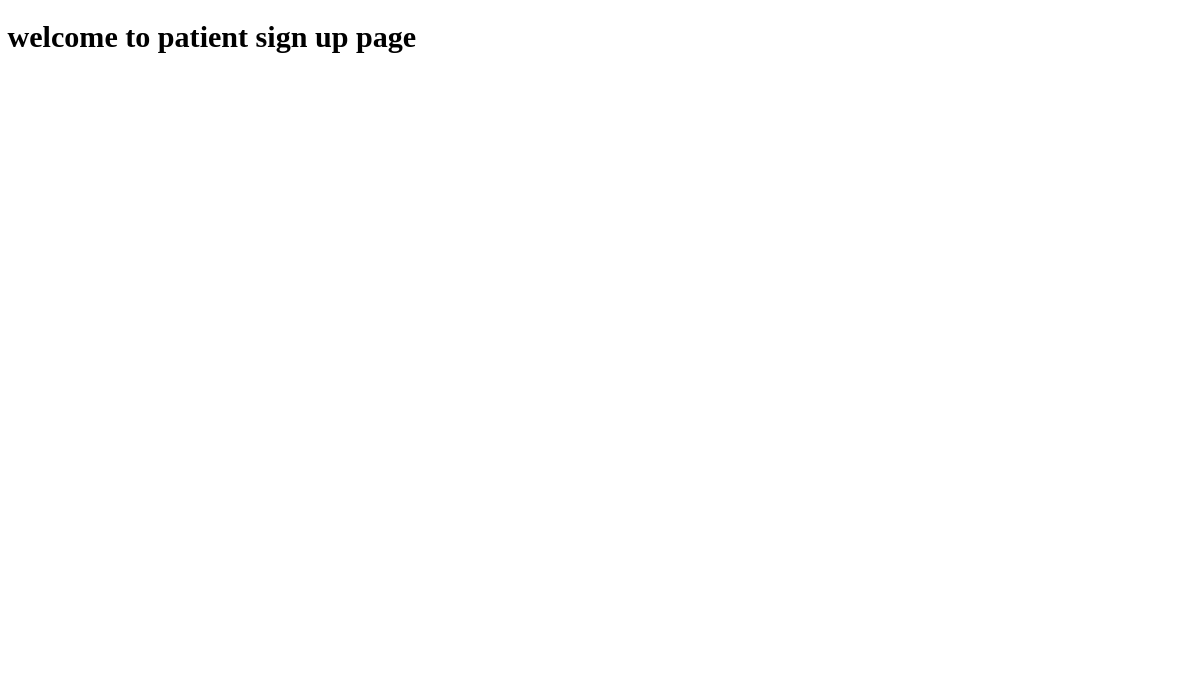
Repository: OmarAl-Saleh/Hospital-Emergency-System
Page: http://localhost/EmergencySystem/patient/sign-up.jsp
These files come from the project's save history. The page is drawn as it stood at one moment and after the next save; the edit follows.
The browser window is 1280 px wide. The pictures show the whole page, at 94% of full size.
The page is served by Tomcat 9.

Above is the page before, as saved 2024-05-22 10:27:07.

After the next save:
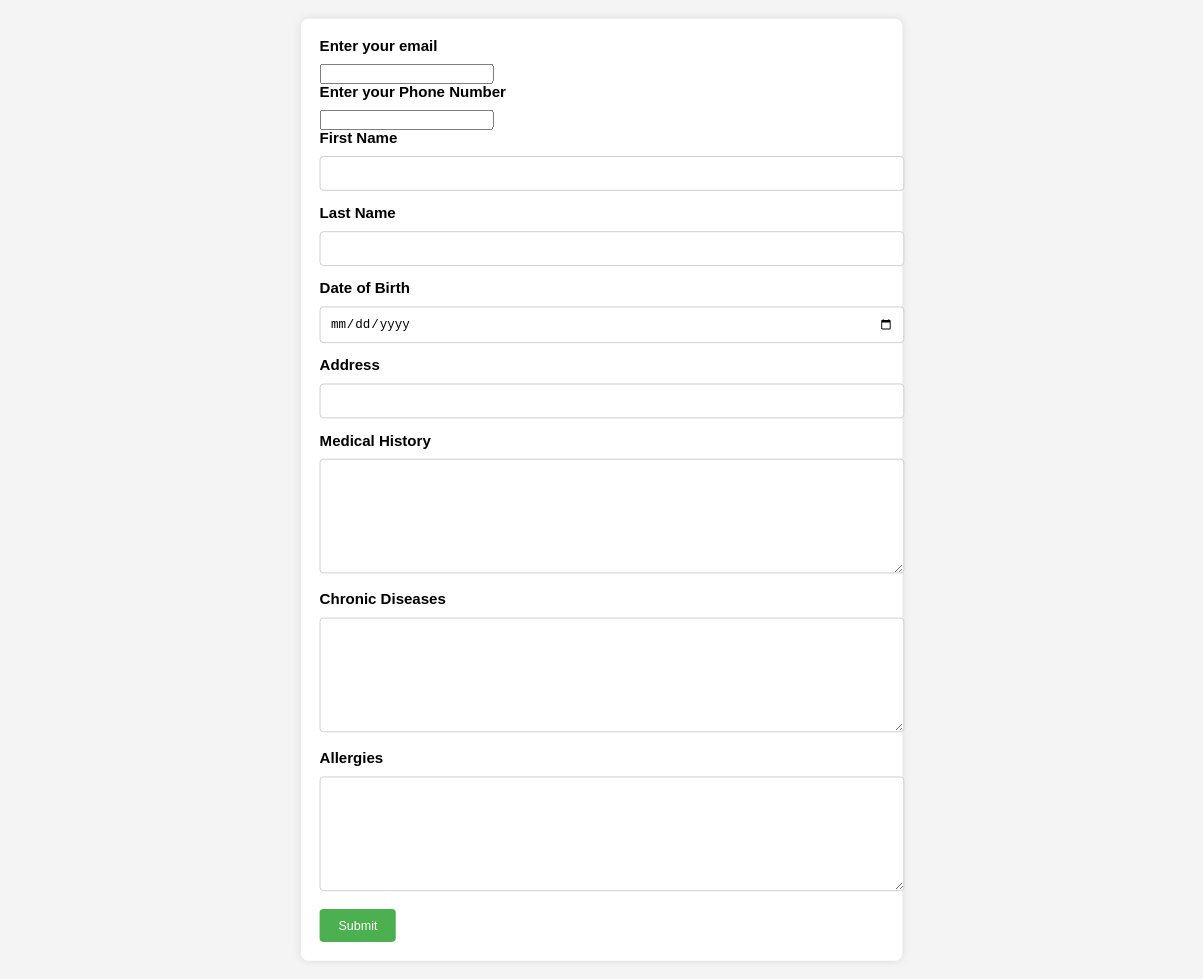
Saved 9 min 2 s later.
--- a/EmergencySystem/EmergencySystem/src/main/webapp/patient/sign-up.jsp
+++ b/EmergencySystem/EmergencySystem/src/main/webapp/patient/sign-up.jsp
@@ -1,12 +1,90 @@
-<%@ page language="java" contentType="text/html; charset=ISO-8859-1"
-    pageEncoding="ISO-8859-1"%>
 <!DOCTYPE html>
 <html>
 <head>
-<meta charset="ISO-8859-1">
-<title>patient sign up page</title>
+    <meta charset="ISO-8859-1">
+    <title>Patient Profile Form</title>
+    <style>
+        body {
+            font-family: Arial, sans-serif;
+            background-color: #f4f4f4;
+            margin: 0;
+            padding: 20px;
+        }
+
+        form {
+            background-color: white;
+            padding: 20px;
+            border-radius: 8px;
+            box-shadow: 0 0 10px rgba(0, 0, 0, 0.1);
+            max-width: 600px;
+            margin: auto;
+        }
+
+        label {
+            display: block;
+            margin-bottom: 10px;
+            font-weight: bold;
+        }
+
+        input[type="text"], input[type="date"], textarea {
+            width: 100%;
+            padding: 10px;
+            margin-bottom: 15px;
+            border: 1px solid #ccc;
+            border-radius: 4px;
+        }
+
+        textarea {
+            height: 100px;
+        }
+
+        input[type="submit"] {
+            background-color: #4CAF50;
+            color: white;
+            border: none;
+            padding: 10px 20px;
+            cursor: pointer;
+            border-radius: 4px;
+        }
+
+        input[type="submit"]:hover {
+            background-color: #45a049;
+        }
+    </style>
 </head>
 <body>
-<h1>welcome to patient sign up page</h1>
+    <form action="patient" method="post">
+
+         <input type="hidden" name="source" value="sign-up"/>
+    	<label>Enter your email</label>
+    	<input type="email" name="email" required/>
+    	<br>
+    	<label>Enter your Phone Number</label>
+    	<input type="tel" name="phoneNumber" required/>
+    	<br>
+
+        <label for="firstName">First Name</label>
+        <input type="text" id="firstName" name="firstName" required>
+
+        <label for="lastName">Last Name</label>
+        <input type="text" id="lastName" name="lastName" required>
+
+        <label for="dob">Date of Birth</label>
+        <input type="date" id="dob" name="dob" required>
+
+        <label for="address">Address</label>
+        <input type="text" id="address" name="address" required>
+
+        <label for="medicalHistory">Medical History</label>
+        <textarea id="medicalHistory" name="medicalHistory" required></textarea>
+
+        <label for="chronicDiseases">Chronic Diseases</label>
+        <textarea id="chronicDiseases" name="chronicDiseases" required></textarea>
+
+        <label for="allergies">Allergies</label>
+        <textarea id="allergies" name="allergies" required></textarea>
+
+        <input type="submit" value="Submit">
+    </form>
 </body>
 </html>
